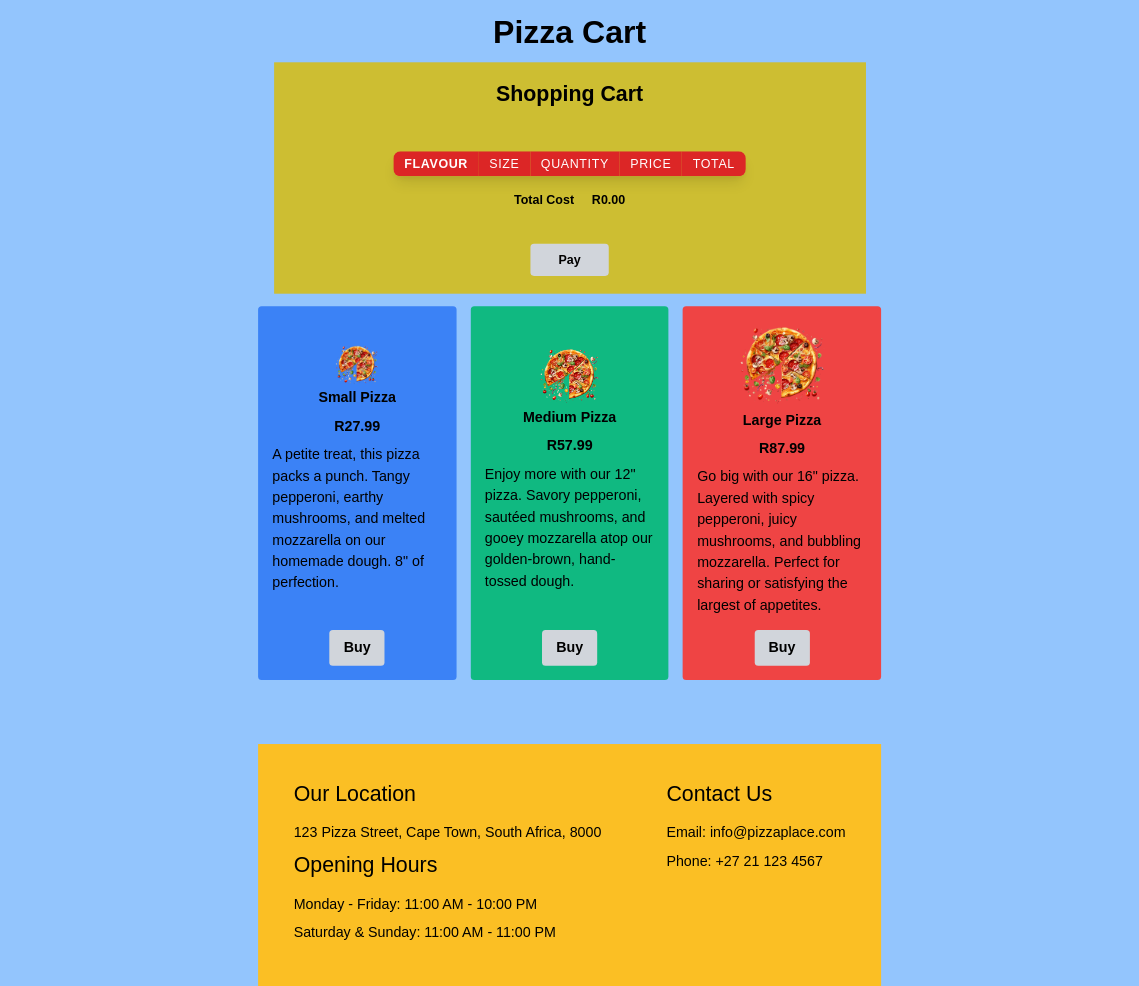
Repository: lasity34/pizza-cart-with-api
Page: index.html
An editor plug-in stored every save of this project. The page is shown before and after the next save, followed by the edit.
The browser window is 1280 px wide. The pictures show the whole page, at 89% of full size.
The page's requests for data from a server got no answer. Some web fonts or font styles are not loaded; a fallback is used. Some web libraries are served in a nearby version.

Above is the page before, as saved 2023-07-14 10:54:27.
Console error (its wording comes from the project's code and is left out).

### index.html
<!DOCTYPE html>
<html lang="en">
  <head>
    <meta charset="UTF-8" />
    <meta name="viewport" content="width=device-width, initial-scale=1.0" />
    <title>Pizza Cart</title>
    <script src="//unpkg.com/alpinejs" defer></script>
    <link
      href="https://cdn.jsdelivr.net/npm/tailwindcss@2.1.2/dist/tailwind.min.css"
      rel="stylesheet"
    />
    <script
      src="https://cdnjs.cloudflare.com/ajax/libs/axios/1.4.0/axios.min.js"
      integrity="sha512-uMtXmF28A2Ab/JJO2t/vYhlaa/3ahUOgj1Zf27M5rOo8/+fcTUVH0/E0ll68njmjrLqOBjXM3V9NiPFL5ywWPQ=="
      crossorigin="anonymous"
      referrerpolicy="no-referrer"
    ></script>
    <link href="./style.css" rel="stylesheet" />
    <link rel="preconnect" href="https://fonts.googleapis.com" />
    <link rel="preconnect" href="https://fonts.gstatic.com" crossorigin />
    <link
      href="https://fonts.googleapis.com/css2?family=Titillium+Web:ital@0;1&family=Tsukimi+Rounded:wght@300;400;500&display=swap"
      rel="stylesheet"
    />
  </head>
  <body x-data="pizzaCart" class="bg-blue-300" x-cloak>
    <section class="flex justify-center items-center">
      <h1 class="text-4xl pt-4 font-bold">Pizza Cart</h1>
    </section>

    <section
  class="shop-container my-3 sm:my-4 p-4 sm:p-5 flex flex-col text-xs sm:text-sm justify-center items-center"
>
  <h2 class="text-xl sm:text-2xl mb-2 font-bold">Shopping Cart</h2>
  <div class="mt-4 flex flex-col items-center">
    <div>
        <section class="mt-6">
            <table class="table-auto w-full rounded-lg overflow-hidden shadow-lg max-w-md mx-auto">
                <thead class="bg-red-600">
                    <tr>
                        <th class="px-2 sm:px-3 py-1 text-left text-xs sm:text-sm font-bold font-medium text-white uppercase tracking-wider">Flavour</th>
                        <th class="px-2 sm:px-3 py-1 text-left text-xs sm:text-sm font-medium text-white uppercase tracking-wider">Size</th>
                        <th class="px-2 sm:px-3 py-1 text-left text-xs sm:text-sm font-medium text-white uppercase tracking-wider">Quantity</th>
                        <th class="px-2 sm:px-3 py-1 text-left text-xs sm:text-sm font-medium text-white uppercase tracking-wider">Price</th>
                        <th class="px-2 sm:px-3 py-1 text-left text-xs sm:text-sm font-medium text-white uppercase tracking-wider">Total</th>
                    </tr>
                </thead>
                <tbody class="bg-yellow-100 divide-y divide-gray-200 overflow-auto max-h-48 sm:max-h-56">

                    <template x-for="pizza in cartPizzas">
                        <tr>
                          <td class="px-1 sm:px-2 py-1 whitespace-nowrap font-bold text-xs sm:text-sm text-gray-500" x-text="pizza.flavour"></td>

                            <td class="px-2 sm:px-3 py-1 whitespace-nowrap font-bold text-xs sm:text-sm text-gray-500" x-text="pizza.size"></td>
                            <td class="px-2 sm:px-3 py-1 whitespace-nowrap font-bold text-xs sm:text-sm text-gray-500">
                                <div class="flex items-center justify-center">
                                    <button
                                        @click="addPizzaToCart(pizza.id)"
                                        class="bg-gray-200 hover:bg-gray-300 text-gray-800 font-bold py-1 px-2 sm:px-3 rounded-l"
                                    >
                                        +
                                    </button>
                                    <div x-text="pizza.qty" class="mx-1 sm:mx-2"></div>
                                    <button
                                        @click="removePizzaFromCart(pizza.id)"
                                        class="bg-gray-200 hover:bg-gray-300 text-gray-800 font-bold py-1 px-2 sm:px-3 rounded-r"
                                    >
                                        -
                                    </button>
                                </div>
                            </td>
                            <td class="px-2 sm:px-3 py-1 whitespace-nowrap text-xs sm:text-sm font-bold text-gray-500">
                                R<span x-text="pizza.price"></span>
                            </td>
                            <td class="px-2 sm:px-3 py-1 whitespace-nowrap text-xs sm:text-sm font-bold text-gray-500">
                                R<span x-text="(pizza.qty * pizza.price).toFixed(2)"></span>
                            </td>
                        </tr>
                    </template>
                </tbody>
            </table>
        </section>
    </div>
    <div class="flex justify-center mt-2 sm:mt-4">
      <p class="font-bold">Total Cost</p>
      <p class="ml-3 sm:ml-5 font-bold">
        R<span x-text="(cartTotal).toFixed(2)">0.00</span>
      </p>
    </div>
    <div class="mt-2 sm:mt-4">
      <span x-html="payMessage"></span>
    </div>

    <div class="mt-2 sm:mt-4" x-show="total() !== 0" x-cloak>
      <label class="font-bold">Payment Amount:</label>
      <input
        placeholder="Enter payment here"
        type="number"
        step="0.01"
        class="rounded ml-1 sm:ml-2 py-1 sm:py-2"
        x-model="paymentAmount"
      />
    </div>
    <div class="mt-3 sm:mt-6">
      <button
        x-cloak
        @click="payForCart()"
        class="bg-gray-300 hover:bg-gray-400 py-1 sm:py-2 px-4 sm:px-8 rounded font-bold"
      >
        <span>Pay</span>
      </button>
    </div>
  </div>
</section>




    <section class="pizza_columns">
      <div
        class="flex flex-col gap-4 mx-auto items-center lg:items-stretch lg:flex-row justify-center"
      >
        <div
          class="flex bg-blue-500 rounded p-4 w-4/5 lg:w-4/5 flex-grow flex-shrink flex flex-col justify-between text-black items-center"
        >
          <div class="flex-grow flex flex-col items-center justify-center">
            <img src="./pizza.png" width="50" />
            <h3 class="mb-2 font-bold">Small Pizza</h3>
            <h3 class="mb-2 font-bold">R27.99</h3>
            <p class="mb-4">
              A petite treat, this pizza packs a punch. Tangy pepperoni, earthy
              mushrooms, and melted mozzarella on our homemade dough. 8" of
              perfection.
            </p>
          </div>
          <button
            @click="buy('small')"
            :disabled="smallAdded"
            class="bg-gray-300 hover:bg-gray-400 transition-colors duration-300 py-2 px-4 rounded font-bold"
          >
            Buy
          </button>
        </div>
        <div
          class="pizza_md bg-green-500 rounded p-4 w-4/5 lg:w-4/5 flex-grow flex-shrink flex flex-col justify-between text-black items-center"
        >
          <div class="flex-grow flex flex-col items-center justify-center">
            <img src="./pizza.png" width="70" />
            <h3 class="mb-2 font-bold">Medium Pizza</h3>
            <h3 class="mb-2 font-bold">R57.99</h3>
            <p class="mb-4">
              Enjoy more with our 12" pizza. Savory pepperoni, sautéed
              mushrooms, and gooey mozzarella atop our golden-brown, hand-tossed
              dough.
            </p>
          </div>
          <button
            @click="buy('medium')"
            :disabled="mediumAdded"
            class="bg-gray-300 hover:bg-gray-400 transition-colors duration-300 py-2 px-4 rounded font-bold"
          >
            Buy
          </button>
        </div>
        <div
          class="pizza_lg bg-red-500 rounded p-4 w-4/5 lg:w-4/5 flex-grow flex-shrink flex flex-col justify-between text-black items-center"
        >
          <div class="flex-grow flex flex-col items-center justify-center">
            <img src="./pizza.png" width="100" />
            <h3 class="mb-2 font-bold">Large Pizza</h3>
            <h3 class="mb-2 font-bold">R87.99</h3>
            <p class="mb-4">
              Go big with our 16" pizza. Layered with spicy pepperoni, juicy
              mushrooms, and bubbling mozzarella. Perfect for sharing or
              satisfying the largest of appetites.
            </p>
          </div>
          <button
            @click="buy('large')"
            :disabled="largeAdded"
            class="bg-gray-300 hover:bg-gray-400 transition-colors duration-300 py-2 px-4 rounded font-bold"
          >
            Buy
          </button>
        </div>
      </div>
    </section>
    <!-- all pizzas display -->
    <section class="mt-8">
        <div class="flex flex-col items-center">
            <template x-for="pizza in pizzas">
                <div class="flex items-center border-b border-gray-200 bg-yellow-200 shadow-lg rounded-lg px-4 py-4 my-3 w-full max-w-xl">
                    <div class="w-24 h-24 flex-shrink-0">
                        <img src="./pizza.png" class="w-full h-full object-cover rounded-lg" />
                    </div>
                    <div class="ml-4 flex-grow flex justify-between w-3/4 items-center">
                        <h5 class="ml-2 text-lg font-bold text-black" x-text="pizza.flavour"></h5>
                        <p class="text-lg text-black mt-5 mb-4 mr-6 font-bold">R<span x-text="pizza.price"></span></p>
                    </div>
                    <div>
                        <button @click="addPizzaToCart(pizza.id)" class="bg-gray-600 hover:bg-gray-700 text-white font-bold py-2 px-4 rounded">Buy</button>
                    </div>
                </div>
            </template>
        </div>
    </section>



    <footer class="bg-yellow-400 text-black mt-10 p-10">
      <div class="container mx-auto flex justify-between">
        <div>
          <h2 class="text-2xl mb-4">Our Location</h2>
          <p class="mb-2">123 Pizza Street, Cape Town, South Africa, 8000</p>

          <h2 class="text-2xl mb-4">Opening Hours</h2>
          <p class="mb-2">Monday - Friday: 11:00 AM - 10:00 PM</p>
          <p class="mb-2">Saturday & Sunday: 11:00 AM - 11:00 PM</p>
        </div>
        <div>
          <h2 class="text-2xl mb-4">Contact Us</h2>
          <p class="mb-2">Email: info@pizzaplace.com</p>
          <p class="mb-2">Phone: +27 21 123 4567</p>
        </div>
      </div>
    </footer>

    <div
      x-show="show"
      x-transition:enter="transition ease-out duration-300"
      x-transition:enter-start="opacity-0 transform scale-90"
      x-transition:enter-end="opacity-100 transform scale-100"
      x-transition:leave="transition ease-in duration-300"
      x-transition:leave-start="opacity-100 transform scale-100"
      x-transition:leave-end="opacity-0 transform scale-90"
      class="fixed inset-0 flex items-center justify-center z-50"
    >
      <div class="bg-green-800 text-white rounded p-5 shadow-lg">
        <p x-text="message"></p>
      </div>
    </div>

    <script src="./pizza.js"></script>
  </body>
</html>

### style.css

body {
    max-width: 700px;
    margin: 0 auto;

font-family: 'Tsukimi Rounded', sans-serif;
}

.shop-container {
    background-color: rgb(205, 190, 50);
    max-width: 95%;
    margin: 1em auto;
}

input::-webkit-outer-spin-button,
input::-webkit-inner-spin-button {
  -webkit-appearance: none;
  margin: 0;
}

input[type="number"] {
  -moz-appearance: textfield;
 text-indent: 10px;
}

[x-cloak] { display: none; }

### pizza.js
function pizzaCart() {
  return {
    quantity: 0,
    paymentAmount: 0,
    message: "",
    payMessage: "",
    smallAdded: false,
    mediumAdded: false,
    largeAdded: false,
    show: false,
    prices: {
      small: 27.99,
      medium: 57.99,
      large: 87.99,
    },
    lastMessageAdded: "",

    pizzas: [],
    username: "bjorn",
    cartId: "jI0VaxiP9k",
    cartPizzas: [],
    cartTotal: 0.0,
    // increment(size) {
    //   if (size === "small" && this.smallAdded) {
    //     this.smallAmount++;
    //   } else if (size === "medium" && this.mediumAdded) {
    //     this.mediumAmount++;
    //   } else if (size === "large" && this.largeAdded) {
    //     this.largeAmount++;
    //   }
    // },
    // buy(size) {
    //   if (size === "small") {
    //     this.smallAdded = true;
    //     this.smallAmount++; // increment the small pizza count
    //     this.message = "Small Pizza has been added";
    //   } else if (size === "medium") {
    //     this.mediumAdded = true;
    //     this.mediumAmount++; // increment the medium pizza count
    //     this.message = "Medium Pizza has been added";
    //   } else if (size === "large") {
    //     this.largeAdded = true;
    //     this.largeAmount++; // increment the large pizza count
    //     this.message = "Large Pizza has been added";
    //   }
    //   this.toggleModal();
    // },
    // decrement(size) {
    //   if (size === "small" && this.smallAmount > 0 && this.smallAdded) {
    //     this.smallAmount--;
    //     if (this.smallAmount === 0) this.smallAdded = false;
    //   }
    //   if (size === "medium" && this.mediumAmount > 0 && this.mediumAdded) {
    //     this.mediumAmount--;
    //     if (this.mediumAmount === 0) this.mediumAdded = false;
    //   }
    //   if (size === "large" && this.largeAmount > 0 && this.largeAdded) {
    //     this.largeAmount--;
    //     if (this.largeAmount === 0) this.largeAdded = false;
    //   }
    // },
    // total() {
    //   return (
    //     this.smallAmount * this.prices.small +
    //     this.mediumAmount * this.prices.medium +
    //     this.largeAmount * this.prices.large
    //   );
    // },
    // paymentTotal() {
    //   if (this.paymentAmount < this.total()) {
    //     this.payMessage = `<p class='flex bg-red-600 text-white py-2 px-4 font-bold text-lg my-3 py-1'>R${(
    //       this.total() - this.paymentAmount
    //     ).toFixed(2)} is needed</p>`;
    //     setTimeout(() => {
    //       this.payMessage = "";
    //     }, 2000);
    //   } else if (this.paymentAmount > this.total()) {
    //     this.payMessage = `<p class='flex bg-red-600 text-white py-2 px-4 font-bold text-lg my-3 py-1'>There is R${(
    //       this.paymentAmount - this.total()
    //     ).toFixed(2)} too much</p>`;
    //     setTimeout(() => {
    //       this.payMessage = "";
    //     }, 2000);
    //   } else if (this.paymentAmount == this.total() && this.total() !== 0) {
    //     this.payMessage =
    //       "<p class='flex bg-green-600 text-white py-2 px-4 font-bold text-lg my-3 py-1'>Enjoy your pizzas<p>";
    //     this.reset();
    //     setTimeout(() => {
    //       this.payMessage = "";
    //     }, 2000);
    //   }
    // },
    toggleModal() {
      this.show = !this.show;
      if (this.show) {
        setTimeout(() => {
          this.show = false;
        }, 2000); // Close after 2 seconds
      }
    },
    reset() {
      this.smallAmount = 0;
      this.mediumAmount = 0;
      this.largeAmount = 0;
      this.paymentAmount = 0;
      this.message = "";

      this.smallAdded = false;
      this.mediumAdded = false;
      this.largeAdded = false;
      this.show = false;
    },

    // API

    getCart() {
      const getCartURL = `https://pizza-api.projectcodex.net/api/pizza-cart/${this.cartId}/get`;

      return axios.get(getCartURL);
    },
    addPizza(pizzaId) {
      return axios.post(
        "https://pizza-api.projectcodex.net/api/pizza-cart/add",
        {
          cart_code: this.cartId,
          pizza_id: pizzaId,
        }
      );
    },
    removePizza(pizzaId) {
      return axios.post(
        "https://pizza-api.projectcodex.net/api/pizza-cart/remove",
        {
          cart_code: this.cartId,
          pizza_id: pizzaId,
        }
      );
    },
    pay(amount) {
      axios.post("https://pizza-api.projectcodex.net//api/pizza-cart/pay", {
        cart_code: this.cartId,
        amount: 200,
      });
    },
    showCartData() {
      this.getCart().then((result) => {
        const cartData = result.data;
        this.cartPizzas = cartData.pizzas;
        this.cartTotal = cartData.total;
      });
    },
    init() {
      axios
        .get("https://pizza-api.projectcodex.net/api/pizzas")
        .then((result) => {
          this.pizzas = result.data.pizzas;
        });

      this.showCartData();
    },
    addPizzaToCart(pizzaId) {
      this.addPizza(pizzaId).then(() => {
        this.showCartData();
      });
    },
    removePizzaFromCart(pizzaId) {
      this.removePizza(pizzaId).then(() => {
        this.showCartData();
      });
    },
    payCart() {
      this.payMessage
    }
  };
}

document.addEventListener("alpine:init", () => {
  Alpine.data("pizzaCart", pizzaCart);
});

After the next save:
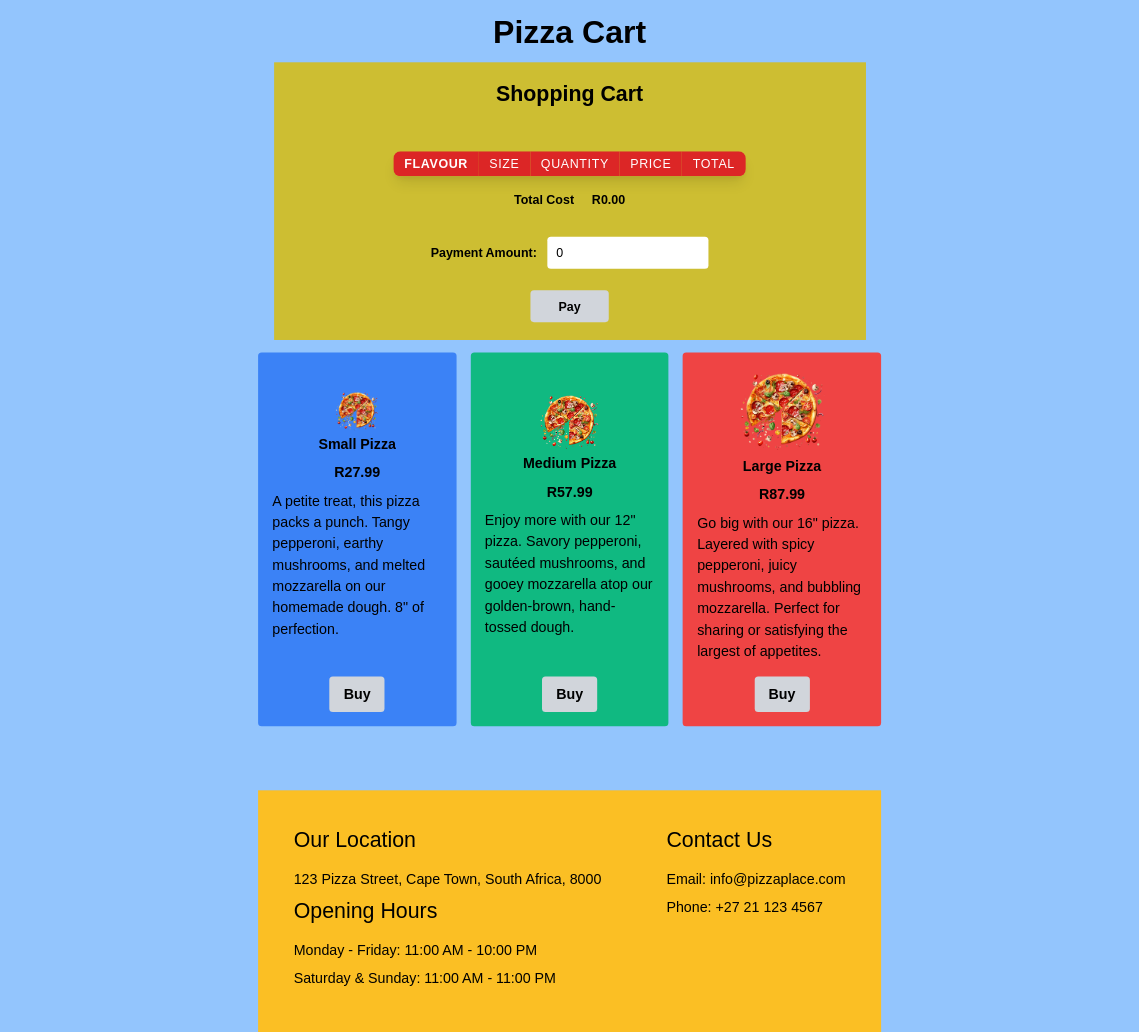
Saved 60 s later.
--- a/index.html
+++ b/index.html
@@ -91,7 +91,7 @@
       <span x-html="payMessage"></span>
     </div>
 
-    <div class="mt-2 sm:mt-4" x-show="total() !== 0" x-cloak>
+    <div class="mt-2 sm:mt-4"  x-cloak>
       <label class="font-bold">Payment Amount:</label>
       <input
         placeholder="Enter payment here"
@@ -134,7 +134,7 @@
             </p>
           </div>
           <button
-            @click="buy('small')"
+            @click=""
             :disabled="smallAdded"
             class="bg-gray-300 hover:bg-gray-400 transition-colors duration-300 py-2 px-4 rounded font-bold"
           >
@@ -155,7 +155,7 @@
             </p>
           </div>
           <button
-            @click="buy('medium')"
+            @click=""
             :disabled="mediumAdded"
             class="bg-gray-300 hover:bg-gray-400 transition-colors duration-300 py-2 px-4 rounded font-bold"
           >
@@ -176,7 +176,7 @@
             </p>
           </div>
           <button
-            @click="buy('large')"
+            @click=""
             :disabled="largeAdded"
             class="bg-gray-300 hover:bg-gray-400 transition-colors duration-300 py-2 px-4 rounded font-bold"
           >
